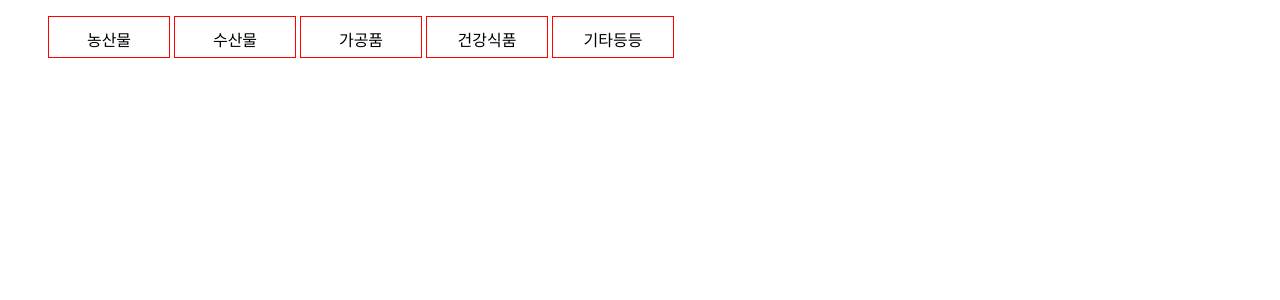
Repository: shbaksa/study
Page: http://localhost/mw_0620/javascript/ul.jsp
An editor plug-in stored every save of this project. The page is shown before and after the next save, followed by the edit.
The browser window is 1280 px wide. The pictures show the whole page.
The page is served by Tomcat 9.

Above is the page before, as saved 2022-06-20 07:35:59.

### mw_0620/src/main/webapp/javascript/ul.jsp
<%@ page language="java" contentType="text/html; charset=UTF-8"
    pageEncoding="UTF-8"%>
<!DOCTYPE html>
<html>
<head>
<meta charset="UTF-8">
<title>Insert title here</title>
<style>
	li {
		 list-style-type:none;
		 display : inline-block;
		 width : 120px;
		 height : 30px;
		 border : 1px solid red;
		 text-align:center;
		 padding-top:10px;
	}
</style>
<script>
	function over(my){

		my.style.background="red";
		my.style.color="white";
	}
	function out(my){

		my.style.background="white";
		my.style.color="black"
	}
</script>
</head>
<body>	<!-- ul.jsp -->

	<ul>
		<li onmouseover="over(this)" onmouseout="out(this)"> 농산물 </li>
		<li onmouseover="over(this)" onmouseout="out(this)"> 수산물 </li>
		<li onmouseover="over(this)" onmouseout="out(this)"> 가공품 </li>
		<li onmouseover="over(this)" onmouseout="out(this)"> 건강식품 </li>
		<li onmouseover="over(this)" onmouseout="out(this)"> 기타등등 </li>
	</ul>

</body>
</html>

After the next save:
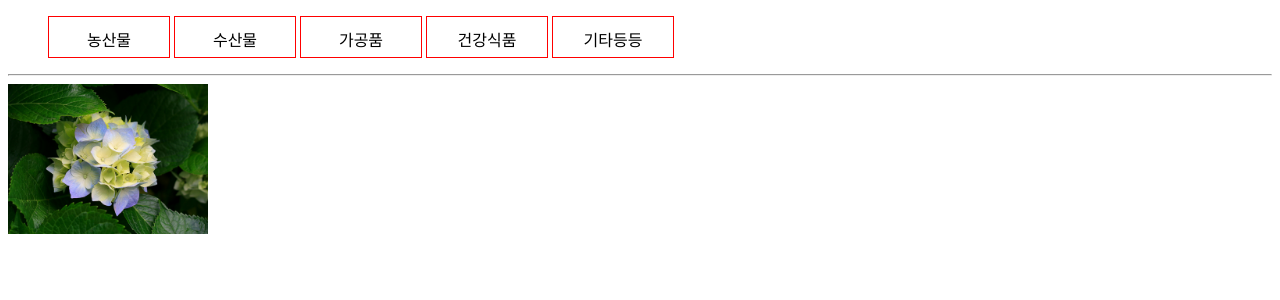
Console error: SyntaxError: Unexpected end of input
Saved 4 min 47 s later.
--- a/mw_0620/src/main/webapp/javascript/ul.jsp
+++ b/mw_0620/src/main/webapp/javascript/ul.jsp
@@ -27,6 +27,10 @@
 		my.style.background="white";
 		my.style.color="black"
 	}
+	function over1(my){
+		my.src="bg4.jpg";
+	}
+	function out1(my)
 </script>
 </head>
 <body>	<!-- ul.jsp -->
@@ -38,6 +42,10 @@
 		<li onmouseover="over(this)" onmouseout="out(this)"> 건강식품 </li>
 		<li onmouseover="over(this)" onmouseout="out(this)"> 기타등등 </li>
 	</ul>
+	<hr>
+	<img src="bg3.jpg" width="200" onmouseover="over1(this)" onmouseout="out1(this)">
+
+
 
 </body>
 </html>
